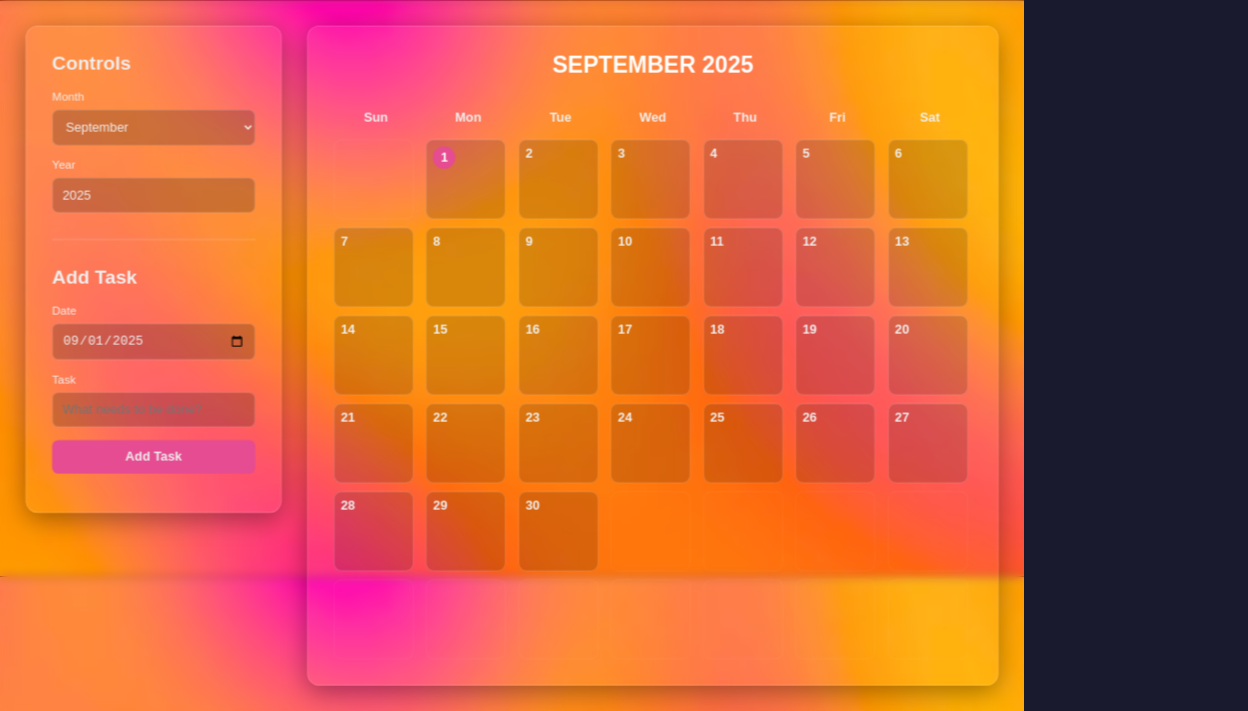
Repository: TanujaNair03/ToDo
Page: static/index.html
An editor plug-in stored every save of this project. The page is shown before and after the next save, followed by the edit.
The browser window is 1280 px wide. The page is 1280 px wide, then 1560 px, so the pictures cover 1560 px, including what lies to the right of the window. The pictures show the whole page, at 80% of full size.
The page's requests for data from a server got no answer. Backgrounds fixed to the window are drawn as part of the page.

Above is the page before, as saved 2025-09-01 16:14:54.

After the next save:
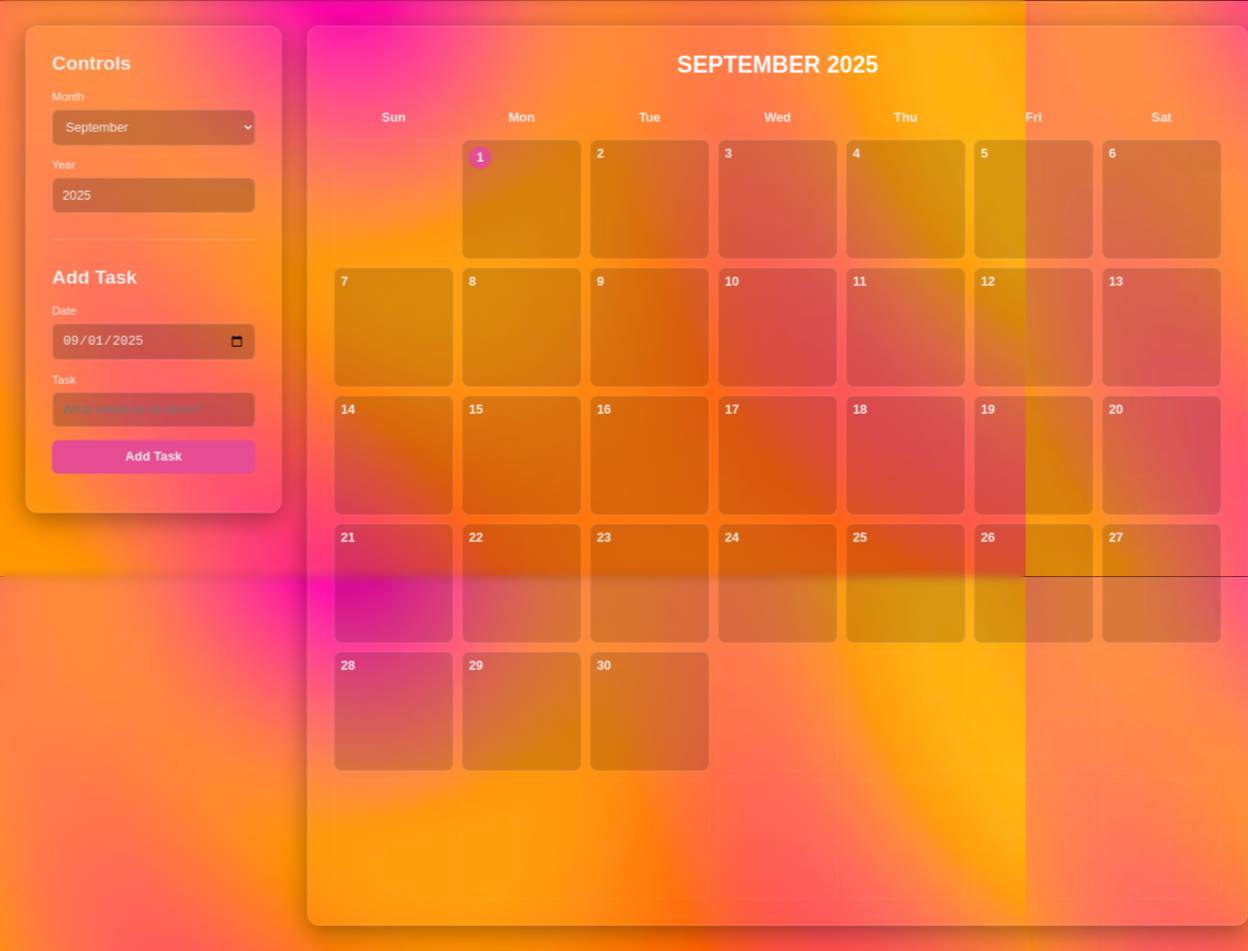
Saved 45 s later.
--- a/static/index.html
+++ b/static/index.html
@@ -92,8 +92,8 @@
         .day-header { text-align: center; font-weight: bold; color: var(--text-color); padding: 0.5rem 0; }
 
         .day-cell {
-            height: 100px;
-            width: 100px;
+            height: 150px;
+            width: 150px;
             overflow: hidden;
             padding: 8px;
             background: rgba(0, 0, 0, 0.15);
